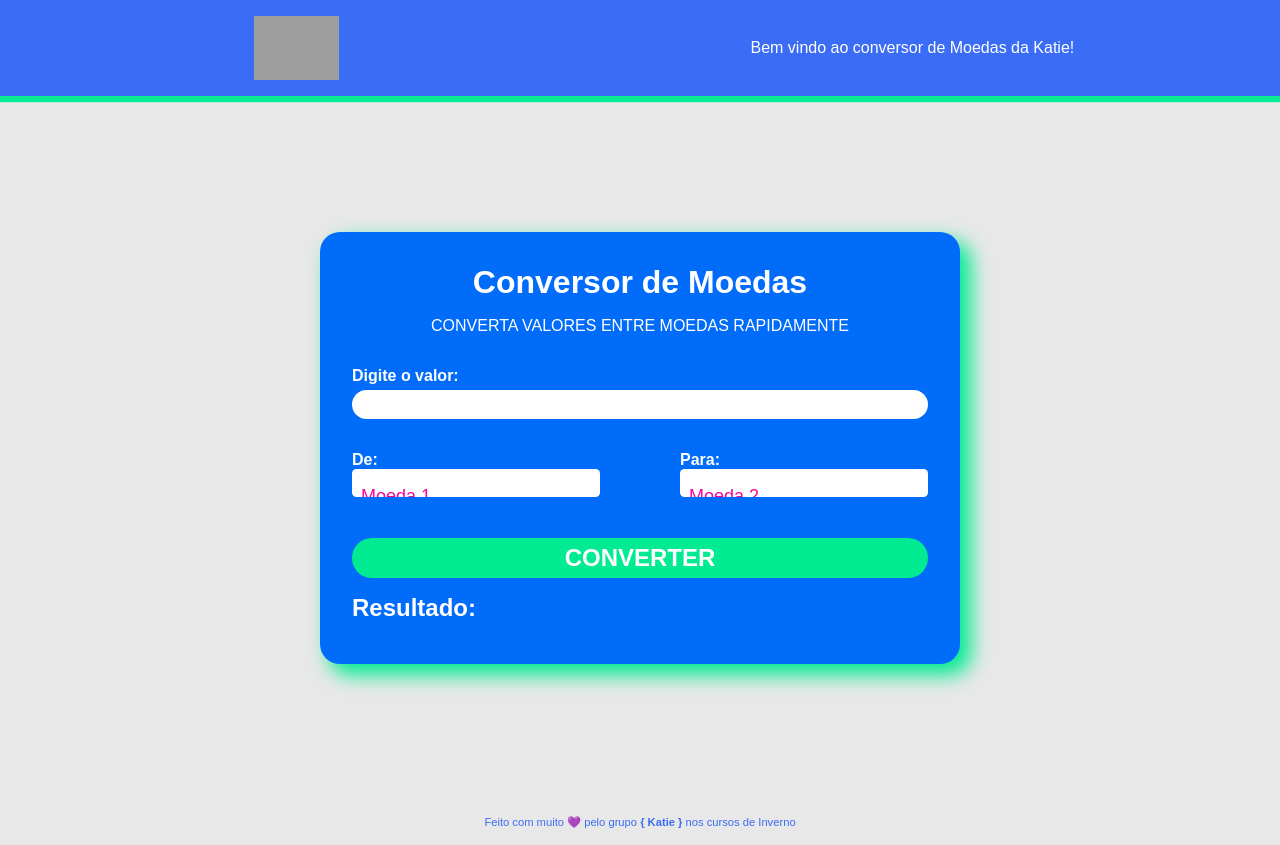
Repository: willamesalmeida/Conversor-de-Moedas
Page: index.html
These files come from the project's save history. The page is drawn as it stood at one moment and after the next save; the edit follows.
The browser window is 1280 px wide. The pictures show the whole page.
Pictures or frames that could not be fetched are drawn as grey boxes.

Above is the page before, as saved 2022-08-07 16:02:25.

### index.html
<!DOCTYPE html>
<html lang="pt-br">
<head>
    <meta charset="UTF-8" />
    <meta name="viewport" content="width=device-width, initial-scale=1.0">
    <link rel="stylesheet" href="./global.css">
    <link rel="stylesheet" href="./styles.css">
    <title>Conversor de moedas KATIE</title>
</head>
<body>
    <script src="script.js"></script>

    <header class="cabecalho">
        <img class="gif-katie" src="https://ic.ufal.br/extensao/katie/resources/logoanim.gif"/>
        <p class="saudacao">Bem vindo ao conversor de Moedas da Katie!</p>
    </header>
    <main class="container">
        <section class="card">
            <header>
                <h2 class="titulo">Conversor de Moedas</h2>
                CONVERTA VALORES ENTRE MOEDAS RAPIDAMENTE
            </header>

            <section class="valor">
                <label>Digite o valor:</label>
                <input type="number" id="valor_inicial">
            </section>

            <section class="conversao">
                <div  class="converter-de">
                    <label>De:</label>
                    <select name="moedasde" id="moedasde">
                        <option value="de">Moeda 1</option>
                        <option value="USD">Dolar</option>
                        <option value="BRL">Real</option>
                        <option value="EUR">Euro</option>
                      </select>
                </div>

                <div class="converter-para">
                    <label>Para:</label>
                    <select name="moedaspara" id="moedaspara">
                        <option value="para">Moeda 2</option>
                        <option value="USD">Dolar</option>
                        <option value="BRL">Real</option>
                        <option value="EUR">Euro</option>
                      </select>
                </div>

            </section>
            <button type="submit" onclick="Converter()">CONVERTER</button>
            <h1>Resultado:</h1>
            <span id="resultado" class="resultado"></span>

        </section>

    </main>

    <footer>
        Feito com muito &#128156 pelo grupo <strong>{ Katie }</strong> nos cursos de Inverno
    </footer>


</body>
</html>

### global.css
@import url('https://fonts.googleapis.com/css2?family=Roboto+Flex:opsz,wght@8..144,400;8..144,500&family=Roboto:ital,wght@0,100;0,300;0,400;0,500;0,700;0,900;1,100;1,300;1,400;1,500;1,700;1,900&display=swap');
:root {
  --rosa-katie: #f8049c;
  --amarelo-katie: #fdd54f;
  --cinza-katie: #1f1f24;
  --rosa-claro: #EF5AA7;
  --branco:  #ffffff;
  --blue: #3A6CF5;
  --gray:#E8E8E8;
  --grey2: #EBEBF3;
  --red:#FF0000;
  --greendark:#007560;
  --greenlight:#27EDC4;
  --greenciano:#51EFD0;
  --azul:#006CF9;
  --greengreen:#00EB92;
}

* {
  margin: 0;
  padding: 0;
  box-sizing: border-box;
}

body {
  font-family: 'Roboto ', sans-serif;
  font-family: 'Roboto Flex ', sans-serif;
  color: #ffffff;
  background-color: var(--gray);

}

### styles.css
.cabecalho {
  background: var(--blue);
  padding: 1rem 0;
}

.gif-katie {
  margin-left: 3rem;
  height: 4rem;
}
.cabecalho{
  display: flex;
  align-items: center;
  justify-content: space-around;
  box-shadow: 1px 1px 1px 5px var(--greengreen)
}

.saudacao {
  text-align: center;

}

.container {
  padding: 2.5rem 1rem;
}

.card {
  background: var(--azul);
  width: 40rem;
  height: 27rem;
  border-radius: 20px;
  padding: 2rem;
  margin: 6rem auto;
  box-shadow: 10px 10px 20px 1px var(--greengreen)
}

header h2 {

  font-size: 2rem;
}

.titulo {
  margin-bottom: 1rem;
}

.card header {
  text-align: center;
}

.valor {
  margin: 2rem 0;
  display: flex;
  flex-direction: column;
}

label {
  font-size: 1rem;
  font-weight: bold;
  margin-bottom: 0.3rem;
}

input,
select {
  -webkit-appearance: none;
  -moz-appearance: none;
  appearance: none;
box-shadow: none;
text-overflow: "";
cursor: pointer;
line-height: 3em;

  border: 0!important;
  border-radius: 2rem;
  height: 1.8rem;
  width: 100%;
  background: var(--branco);
  color: var(--rosa-katie);
  outline: none;
  font-size: 18px;

}
select{
  flex: 1;
  padding: 0 0.5em;
  border-radius: .25em;
}
select::after{
  content: '\25BC';
  position:absolute ;
}

input {
    padding: 0.8rem;
}

.conversao {
    width: 100%;
    margin: 2rem 0;
    display: flex;
    flex-direction: row;
  }

.converter-de,
.converter-para {
  width: 100%;
}

.converter-de {
  margin-right: 2.5rem;
}

.converter-para {
  margin-left: 2.5rem;
}

button {
  background: var(--greengreen);
  border: none;
  border-radius: 2rem;
  width: 100%;
  height: 2.5rem;
  cursor: pointer;
  color: var(--branco);
  font-weight: bold;
  font-size: 1.5rem;
  transition: 0.5s;
  margin-bottom: 1rem;
}

#resultado {
    font-weight: bold;
    color: var(--amarelo-katie);
    font-size: 1.5rem;
    text-align: center;
}

button:hover {
  filter: brightness(0.8);
}

footer {
    margin: 1rem 0;
    color: var(--blue);
    font-size: 0.70rem;
    text-align: center;
}

### script.js
function Converter() {
  let input = parseFloat(document.getElementById("valor_inicial").value);
  let output = document.getElementById("resultado");
  let de = document.getElementById("moedasde");
  let para = document.getElementById("moedaspara");

  console.log(de.value);

  //Reais
  if (de.value == "BRL" && para.value != "Moeda 2") {
    let valorEmReais = input;
    let valor;
    if (para.value == "BRL") {
      valor = "O valor em reais é: R$" + valorEmReais.toFixed(2);
    } else if (para.value == "EUR") {
      valor = "O valor em euros é: €" + (valorEmReais * 0.1885).toFixed(2);
    } else if (para.value == "USD") {
      valor = "O valor em dólar é: $" + (valorEmReais * 0.1917).toFixed(2);
    }
    output.innerHTML = valor;
  } else if (de.value == "EUR" && para.value != "Moeda 2") {
    let valorEmEuros = input;
    let valor;

    if (para.value == "EUR") {
      valor = "O valor em euros é: €" + valorEmEuros.toFixed(2);
    } else if (para.value == "USD") {
      valor = "O valor em dólar é: $" + (valorEmEuros * 1.0167).toFixed(2);
    } else if (para.value == "BRL") {
      valor = "O valor em reais é: R$" + (valorEmEuros * 5.303).toFixed(2);
    }
    output.innerHTML = valor;
  } else if (de.value == "USD" && para.value != "Moeda 2") {
    console.log("entrou no else is do dolar");
    let valorEmDolar = input;
    let valor;

    if (para.value == "USD") {
      valor = "O valor em dólar é: $" + valorEmDolar.toFixed(2);
    } else if (para.value == "BRL") {
      valor = "O valor em dólar é: R$" + (valorEmDolar * 5.2159).toFixed(2);
    } else if (para.value == "EUR") {
      valor = "O valor em dólar é: €" + (valorEmDolar * 0.9832).toFixed(2);
    }
    output.innerHTML = valor;
  } else {
    output.innerHTML = "";
  }
}

After the next save:
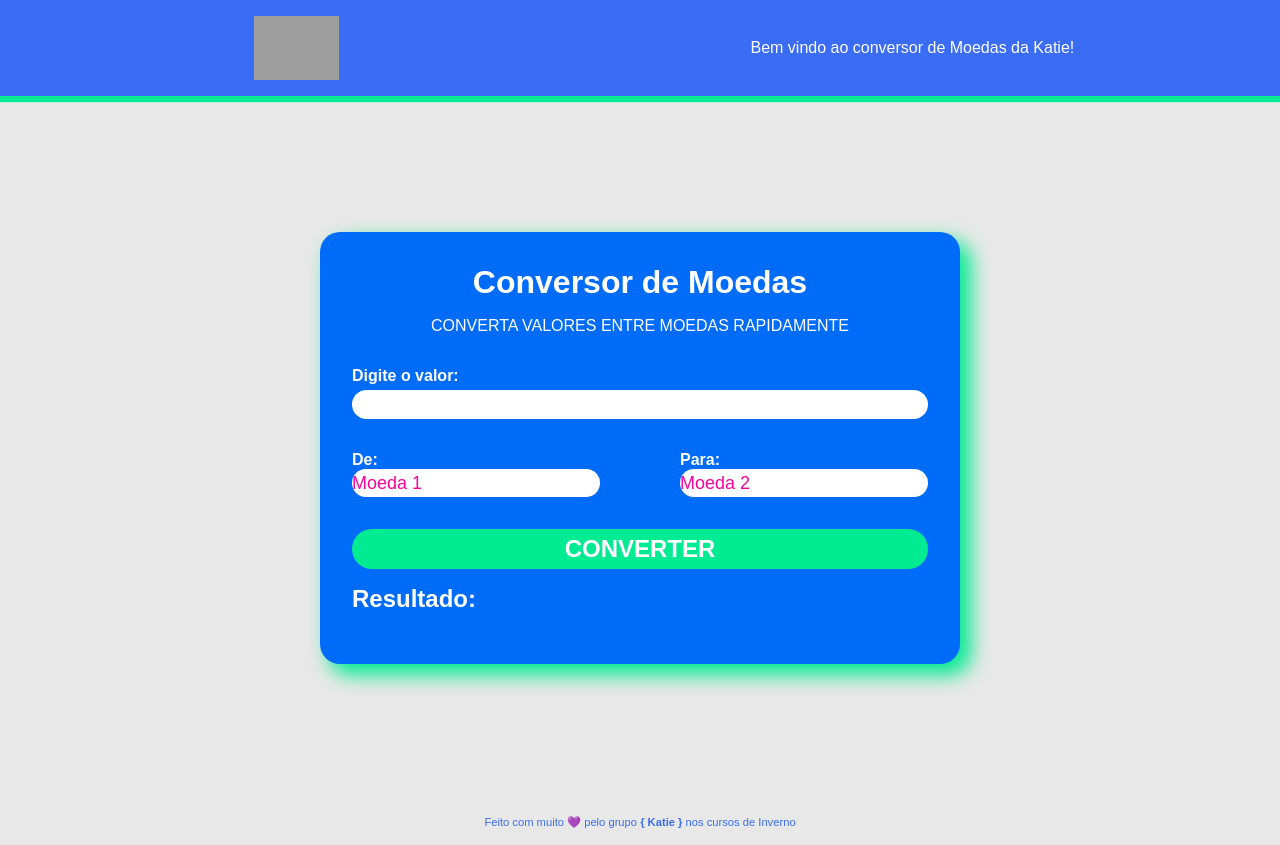
Saved 75 s later.
--- a/styles.css
+++ b/styles.css
@@ -62,13 +62,8 @@ input,
 select {
   -webkit-appearance: none;
   -moz-appearance: none;
-  appearance: none;
-box-shadow: none;
-text-overflow: "";
-cursor: pointer;
-line-height: 3em;
-
-  border: 0!important;
+  appearance: ;
+  border: none;
   border-radius: 2rem;
   height: 1.8rem;
   width: 100%;
@@ -77,15 +72,6 @@ line-height: 3em;
   outline: none;
   font-size: 18px;
 
-}
-select{
-  flex: 1;
-  padding: 0 0.5em;
-  border-radius: .25em;
-}
-select::after{
-  content: '\25BC';
-  position:absolute ;
 }
 
 input {
